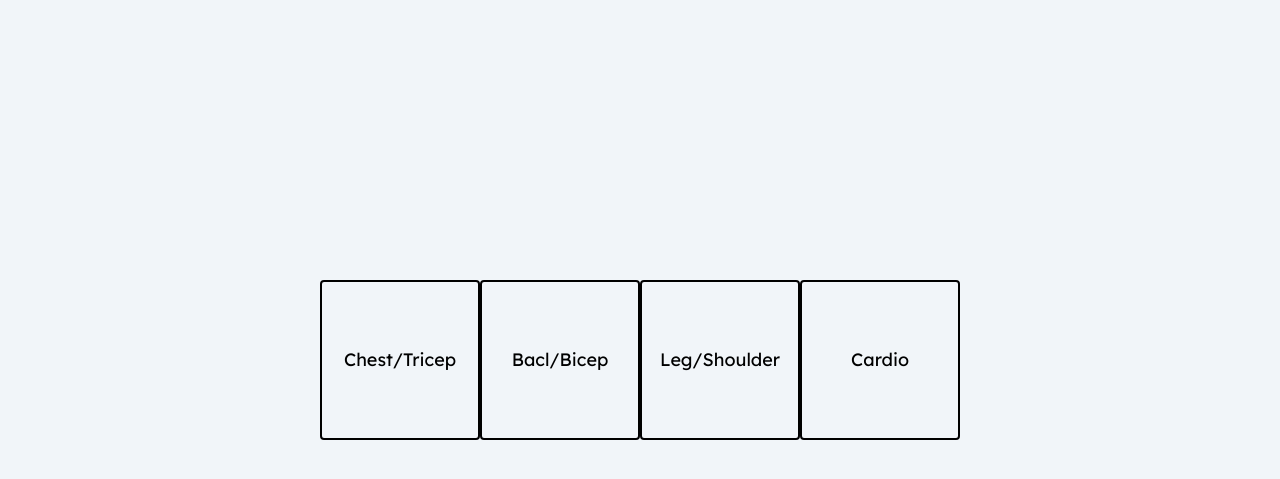
Repository: stavan30/tracker
Page: /
The author's editor kept a copy of each file at every save. The page is drawn from the files as they stood at one save, then again after the next save.
The browser window is 1280 px wide. The pictures show the whole page.
The project was rebuilt for these pictures with package versions that can differ from the ones it lists, and the page was loaded fresh each time. Also part of the build but not shown: vite.config.js.

Above is the page before, as saved 2024-02-23 18:06:41.

### src/App.jsx
import { useState } from 'react';
import Card from './Components/Card';

function App() {


  return (
    <div className='flex justify-center items-center h-screen'>
      <Card day="Chest/Tricep"/>
      <Card day="Bacl/Bicep"/>
      <Card day="Leg/Shoulder"/>
      <Card day="Cardio"/>
    </div>
  )
}

export default App

### src/index.css
@import url('https://fonts.googleapis.com/css2?family=Lexend:wght@100..900&display=swap');

@tailwind base;
@tailwind components;
@tailwind utilities;

@layer utilities {
  body {
    @apply bg-slate-100;
  }
}

### src/Components/Card.jsx
import React from 'react'

const Card = (props) => {
  return (
    <div className='flex items-center justify-center text-black text-lg font-lex border-2 border-black rounded h-40 w-40 text-center '>{props.day}</div>
  )
}

export default Card

### tailwind.config.js
/** @type {import('tailwindcss').Config} */
export default {
  content: [
    "./index.html",
    "./src/**/*.{js,ts,jsx,tsx}",
  ],
  theme: {
    extend: {},
    fontFamily: {
      lex: ["Lexend", "sans-serif"]
    }
  },
  plugins: [],
}

Loaded but not shown: index.html (common file); src/main.jsx (common file)

After the next save:
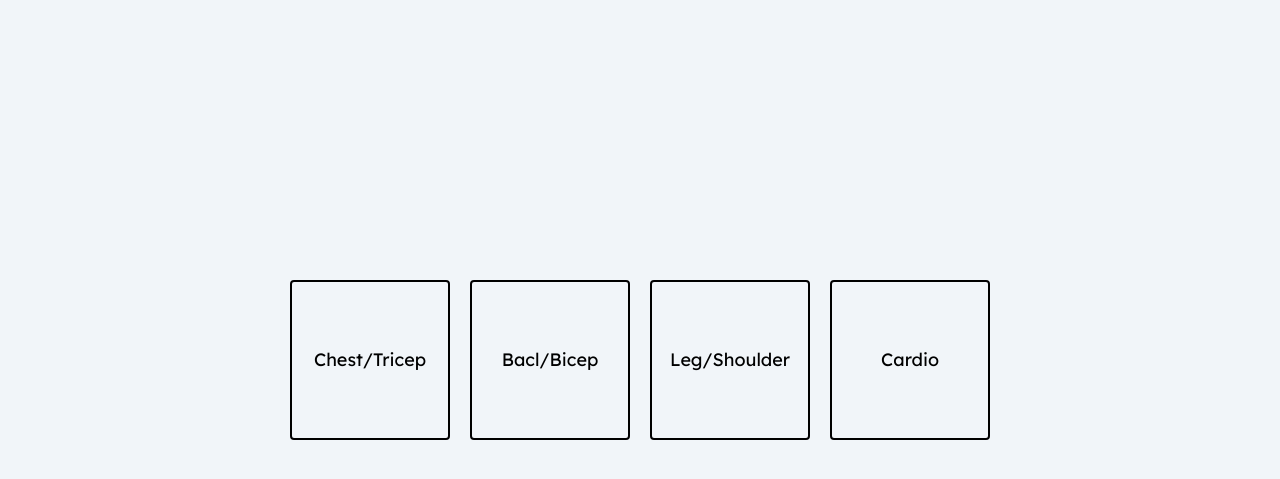
Saved 25 s later.
--- a/src/App.jsx
+++ b/src/App.jsx
@@ -5,7 +5,7 @@ function App() {
 
 
   return (
-    <div className='flex justify-center items-center h-screen'>
+    <div className='flex justify-center items-center h-screen gap-5'>
       <Card day="Chest/Tricep"/>
       <Card day="Bacl/Bicep"/>
       <Card day="Leg/Shoulder"/>
